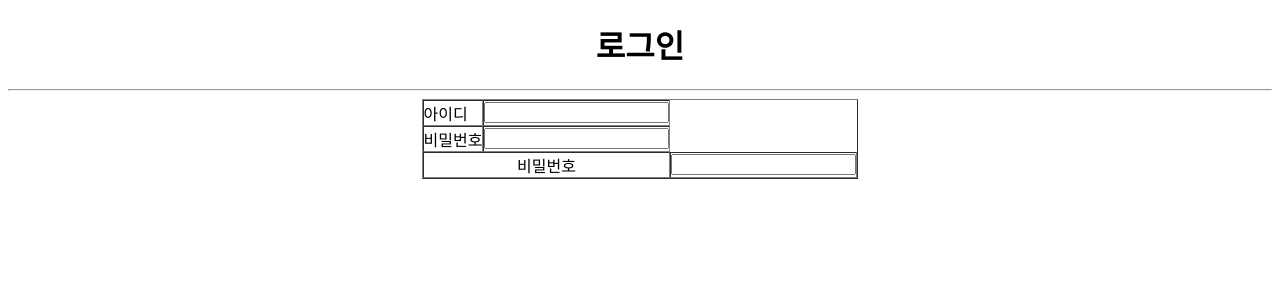
Repository: Mockingbirs/src
Page: http://localhost/ch11_SpringMVC_Board/login.jsp
An editor plug-in stored every save of this project. The page is shown before and after the next save, followed by the edit.
The browser window is 1280 px wide. The pictures show the whole page.
The page is served by Tomcat 9. Nobody is signed in. The application's start-up code is not run.

Above is the page before, as saved 2022-09-14 07:47:07.

After the next save:
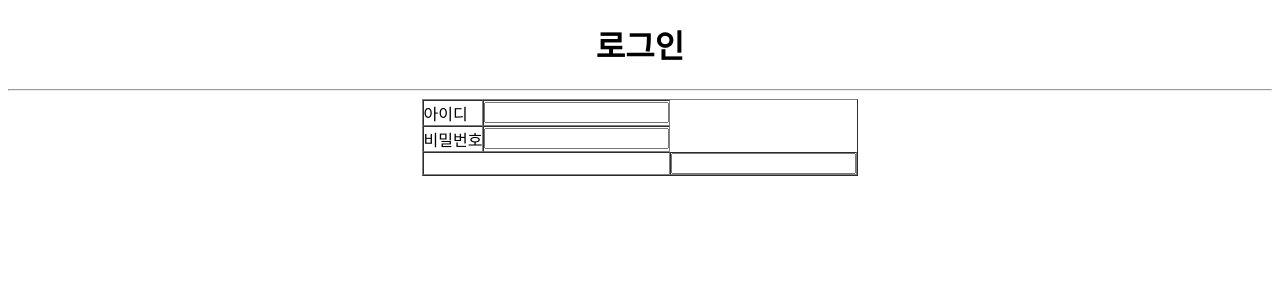
Saved 4 s later.
--- a/ch11_SpringMVC_Board/src/main/webapp/login.jsp
+++ b/ch11_SpringMVC_Board/src/main/webapp/login.jsp
@@ -23,7 +23,7 @@
 			</tr>
 
 			<tr>
-				<td colspan="2" align="center">비밀번호</td>
+				<td colspan="2" align="center"></td>
 				<td><input type="password" name="password" /></td>
 			</tr>
 
